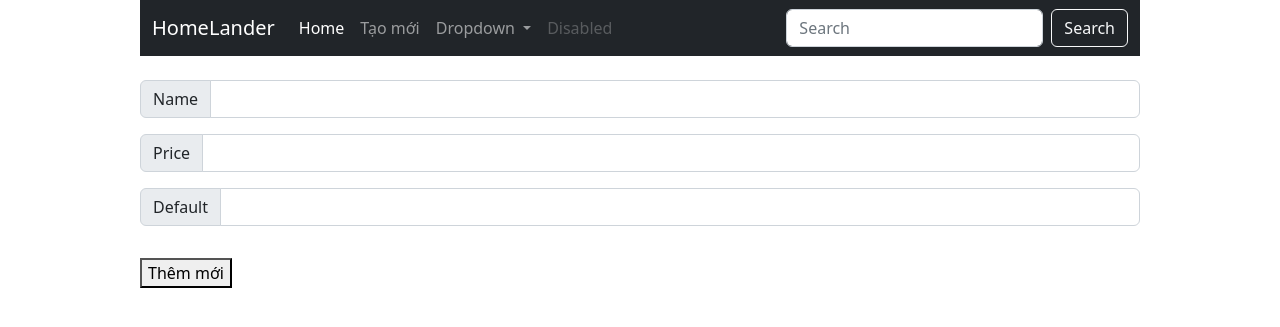
Repository: nguyenhung50497/MD3_CRUD-2Table
Page: src/views/create.html
The author's editor kept a copy of each file at every save. The page is drawn from the files as they stood at one save, then again after the next save.
The browser window is 1280 px wide. The pictures show the whole page.

Above is the page before, as saved 2022-12-28 15:35:56.

After the next save:
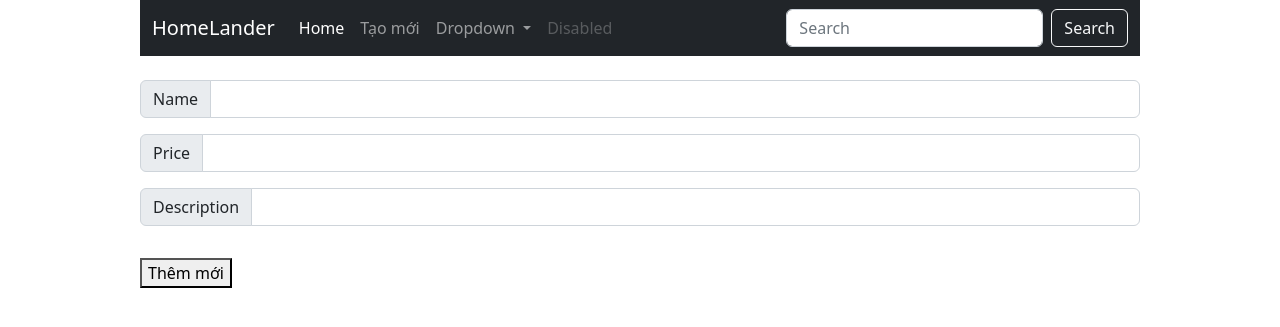
Saved 5 s later.
--- a/src/views/create.html
+++ b/src/views/create.html
@@ -55,7 +55,7 @@
           <input type="text" name="price" class="form-control" aria-label="Sizing example input" aria-describedby="inputGroup-sizing-default">
         </div>
         <div class="input-group mb-3">
-          <span class="input-group-text" id="inputGroup-sizing-default">Default</span>
+          <span class="input-group-text" id="inputGroup-sizing-default">Description</span>
           <input type="text" name="description" class="form-control" aria-label="Sizing example input" aria-describedby="inputGroup-sizing-default">
         </div>
         <div class="input-group mb-3">
